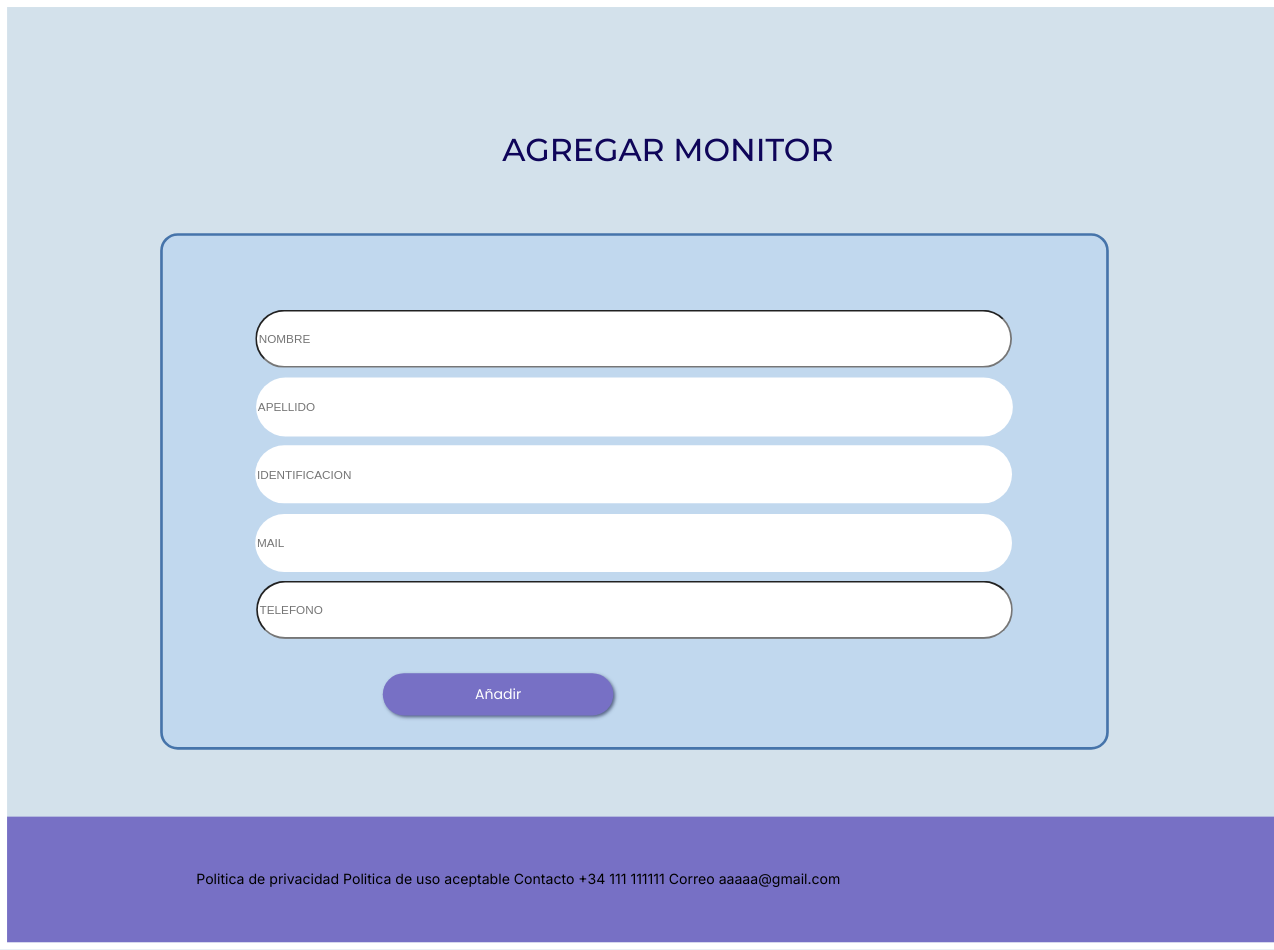
Repository: maariadomiingo/Proyecto-Integrador-Campamento
Page: html/agregarMonitor.html
The author's editor kept a copy of each file at every save. The page is drawn from the files as they stood at one save, then again after a run of saves.
The browser window is 1280 px wide. The page is 1448 px wide, so the pictures cover 1448 px, including what lies to the right of the window. The pictures show the whole page, at 88% of full size.

Above is the page before, as saved 2025-02-13 10:46:55.

### html/agregarMonitor.html
<!DOCTYPE html>
<html lang="en">
  <head>
    <meta charset="UTF-8" />
    <meta name="viewport" content="width=device-width, initial-scale=1.0" />
    <title>Ahregar Monitor</title>
    <link rel="stylesheet" href="https://fonts.googleapis.com/css2?family=Montserrat:wght@500&display=swap" />
<link rel="stylesheet" href="https://fonts.googleapis.com/css2?family=Poppins:wght@400&display=swap" />
<link rel="stylesheet" href="https://fonts.googleapis.com/css2?family=Inter:wght@400&display=swap" />
    <link rel="stylesheet" href="../css/agregarMonitor.css" />
  </head>
  <body>
    <div class="main-container">
      <span class="span">AGREGAR MONITOR</span>
      <div class="fondo">
<!-- LOGO-->
<img src="../img/logo sin fondo.png" class="logo" />

<div class="caja-azul">

</div>

      </div>

<!--       cambiarnombre class: nombre, apellido,mail,telefono,identificacion en html y css
 -->      <input type="text" class="nombre" name="nombre" placeholder="NOMBRE">
      <input type="text" class="apellido" name="apellido" placeholder="APELLIDO">
      <input type="email" class="mail" name="mail" placeholder="MAIL">
      <input type="text" class="telefono" name="telefono" placeholder="TELEFONO">
      <input type="text" class="identificacion" name="IDENTIFICACION" placeholder="IDENTIFICACION">

      <button class="primary-buttons">
        <span class="button">Añadir</span>
      </button>
      <div class="rectangle-a"></div>
      <span class="politica-de-privacidad">Politica de privacidad Politica de uso aceptable Contacto +34 111 111111 Correo aaaaa@gmail.com</span>
    </div>
  </body>
</html>

### css/agregarMonitor.css
:root {
  --default-font-family: -apple-system, BlinkMacSystemFont, "Segoe UI", Roboto,
    Ubuntu, "Helvetica Neue", Helvetica, Arial, "PingFang SC",
    "Hiragino Sans GB", "Microsoft Yahei UI", "Microsoft Yahei",
    "Source Han Sans CN", sans-serif;
}

.main-container {
  overflow: hidden;
}

.main-container,
.main-container * {
  box-sizing: border-box;
}

input,
select,
textarea,
button {
  outline: 0;
}

.main-container {
  position: relative;
  width: 1440px;
  height: 1063px;
  margin: 0 auto;
}
.fondo {
  position: relative;
  width: 100%;
  height: 100%;
  top: 0;
  left: 0;
  background: #d3e1eb;
}
.logo {
  position: relative;
  width: 5px;
  height: 5px;
  top: -5%;
  left: 30%;
  z-index: 19;
}

.div {
  position: absolute;
  width: 19px;
  height: 21px;
  top: 56px;
  left: 84px;
  background: url(./assets/images/1e01157a333e1bec54a9393a8e8dd6b13038c27c.png)
    no-repeat center;
  background-size: cover;
  z-index: 20;
}
.div-2 {
  position: absolute;
  width: 24px;
  height: 29px;
  top: 63px;
  left: 1321px;
  background: url(./assets/images/d1984de478cfebaa95ada4a339a47bb648a589b3.png)
    no-repeat center;
  background-size: cover;
  z-index: 22;
}
.div-3 {
  position: absolute;
  width: 114px;
  height: 82px;
  top: 119px;
  left: 451px;
  background: url(./assets/images/a8f32849-de26-4fc5-b416-357a4538ae3c.png)
    no-repeat center;
  background-size: cover;
  z-index: 1;
}
.span {
  display: flex;
  align-items: flex-start;
  justify-content: center;
  position: absolute;
  width: 636px;
  height: 116px;
  top: 141px;
  left: 433px;
  color: #0f0559;
  font-family: Montserrat, var(--default-font-family);
  font-size: 36px;
  font-weight: 500;
  line-height: 43.884px;
  text-align: center;
  z-index: 3;
}
.div-4 {
  position: absolute;
  width: 27px;
  height: 23px;
  top: 157px;
  left: 508px;
  background: url(./assets/images/5f671df9ca895acd896dd721997735885d389190.png)
    no-repeat center;
  background-size: cover;
  z-index: 2;
}
.caja-azul {
  position: absolute;
  width: 1078px;
  height: 587px;
  top: 257px;
  left: 174px;
  background: rgba(176, 207, 241, 0.5);
  border: 3px solid #4674aa;
  z-index: 4;
  border-radius: 20px;
}
.nombre{
  position: absolute;
  width: 860px;
  height: 66px;
  top: 344px;
  left: 282px;
  background: #ffffff;
  z-index: 11;
  overflow: hidden;
  border-radius: 50px;
}

.apellido {
  position: absolute;
  width: 860px;
  height: 67px;
  top: 421px;
  left: 283px;
  cursor: pointer;
  background: #ffffff;
  border: none;
  z-index: 7;
  border-radius: 50px;
}


.identificacion {
  position: absolute;
  width: 860px;
  height: 66px;
  top: 498px;
  left: 282px;
  cursor: pointer;
  background: #ffffff;
  border: none;
  z-index: 10;
  border-radius: 50px;
}
.mail {
  position: absolute;
  width: 860px;
  height: 66px;
  top: 576px;
  left: 282px;
  cursor: pointer;
  background: #ffffff;
  border: none;
  z-index: 9;
  border-radius: 50px;
}


.telefono {
  position: absolute;
  width: 860px;
  height: 66px;
  top: 652px;
  left: 283px;
  background: #ffffff;
  z-index: 8;
  overflow: hidden;
  border-radius: 50px;
}
.primary-buttons {
  display: flex;
  align-items: center;
  justify-content: center;
  flex-wrap: nowrap;
  gap: 16px;
  position: absolute;
  width: 262px;
  height: 48px;
  top: 757px;
  left: 427px;
  padding: 16px 16px 16px 16px;
  cursor: pointer;
  background: #7770c5;
  border: none;
  z-index: 5;
  border-radius: 32px;
  box-shadow: 2px 2px 4px 0 rgba(51, 62, 99, 0.75);
  align-self: center;
}
.button {
  flex-shrink: 0;
  flex-basis: auto;
  position: relative;
  height: 22px;
  color: #ffffff;
  font-family: Poppins, var(--default-font-family);
  font-size: 16px;
  font-weight: 400;
  line-height: 22px;
  text-align: center;
  white-space: nowrap;
  z-index: 6;
}
.rectangle-a {
  position: absolute;
  width: 1440px;
  height: 143px;
  top: 920px;
  left: 0;
  background: #7770c5;
  z-index: 17;
}
.politica-de-privacidad {
  display: flex;
  align-items: flex-start;
  justify-content: flex-start;
  position: absolute;
  height: 19px;
  top: 982px;
  left: 215px;
  color: #000000;
  font-family: Inter, var(--default-font-family);
  font-size: 16px;
  font-weight: 400;
  line-height: 19px;
  text-align: left;
  white-space: nowrap;
  z-index: 18;
}

After the next 2 saves:
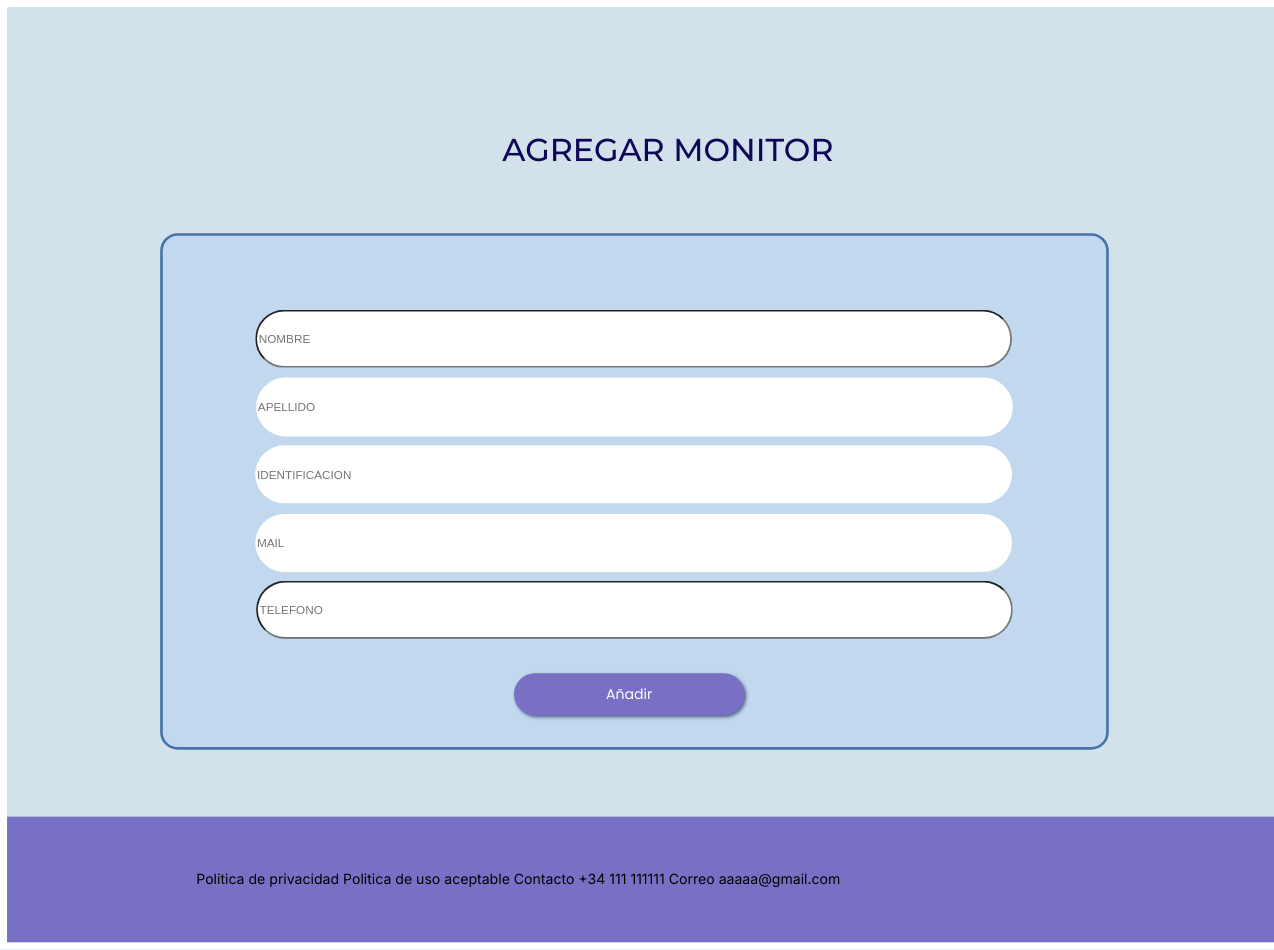
The 2 saves are shown as one change because they came seconds apart.
The last was saved 10 s later.
--- a/css/agregarMonitor.css
+++ b/css/agregarMonitor.css
@@ -197,7 +197,7 @@ button {
   z-index: 5;
   border-radius: 32px;
   box-shadow: 2px 2px 4px 0 rgba(51, 62, 99, 0.75);
-  align-self: center;
+  left: 40%;
 }
 .button {
   flex-shrink: 0;
